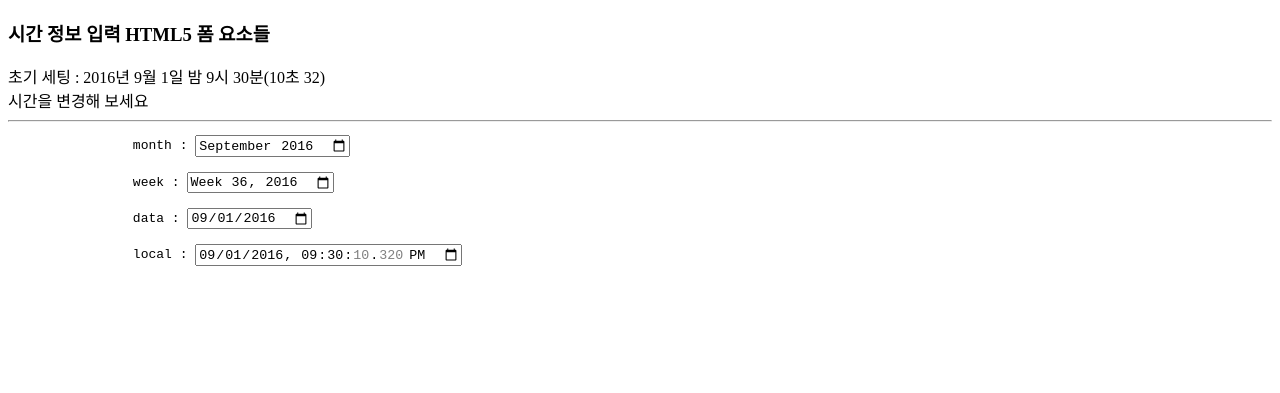
Repository: nijooymik/smartfactory
Page: jsp/t0718/src/main/webapp/html/new.html
These files come from the project's save history. The page is drawn as it stood at one moment and after the next save; the edit follows.
The browser window is 1280 px wide. The pictures show the whole page.

Above is the page before, as saved 2022-07-18 08:21:29.

After the next save:
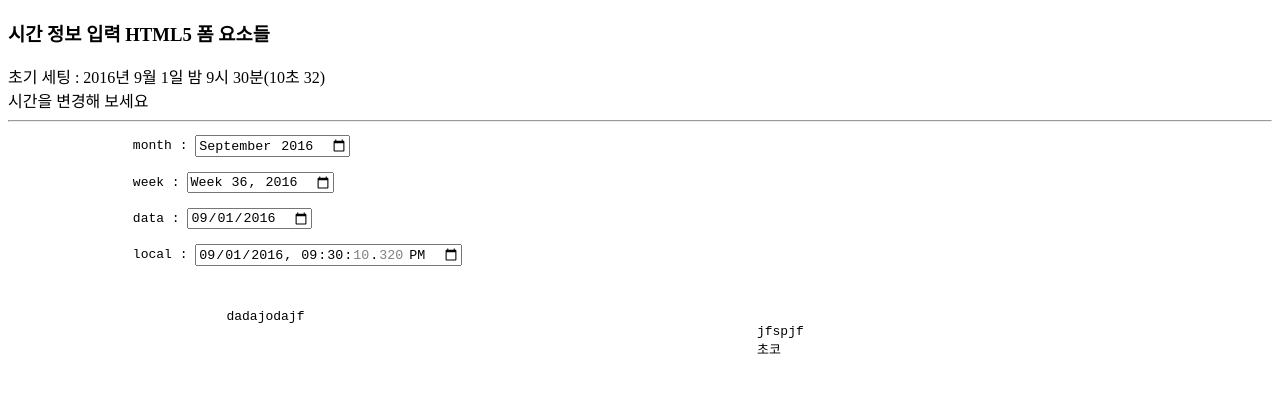
Saved 2 min 10 s later.
--- a/jsp/t0718/src/main/webapp/html/new.html
+++ b/jsp/t0718/src/main/webapp/html/new.html
@@ -18,5 +18,10 @@
 			value="2016-09-01T21:30:10.32"><br>
 		</pre>
 	</form>
+	<pre>
+	                    dadajodajf
+	                    									jfspjf
+	                    									초코
+	</pre>
 </body>
 </html>
